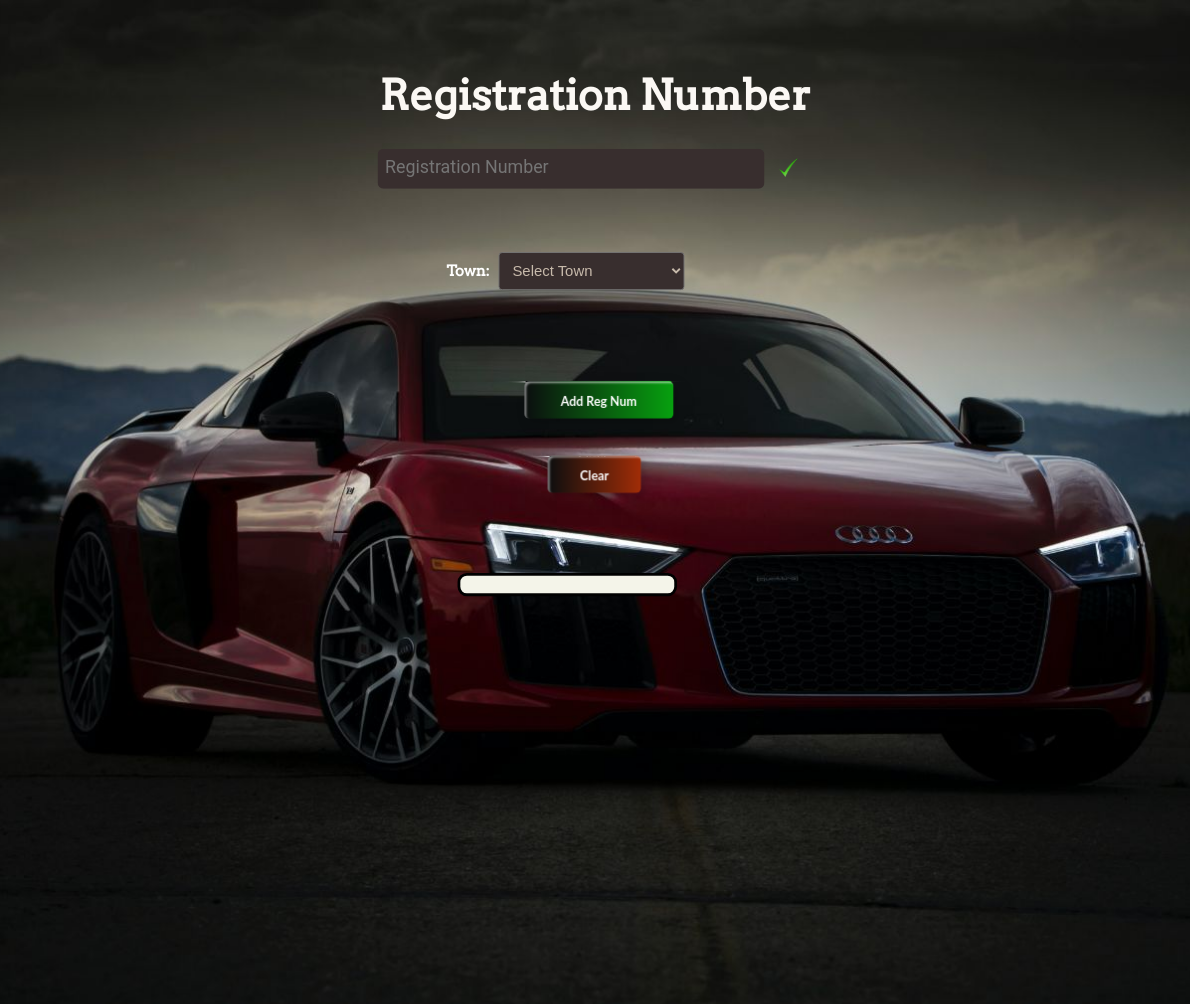
Repository: lasity34/Registration_number
Page: index.html
An editor plug-in stored every save of this project. The page is shown before and after the next save, followed by the edit.
The browser window is 1280 px wide. The pictures show the whole page, at 93% of full size.
Empty fields were first filled with sample values (such as "Sample", 5 or name@example.com).
After loading, the first visible `button.custom-btn` was clicked once.

Above is the page before, as saved 2023-04-24 16:40:41.

After the next save:
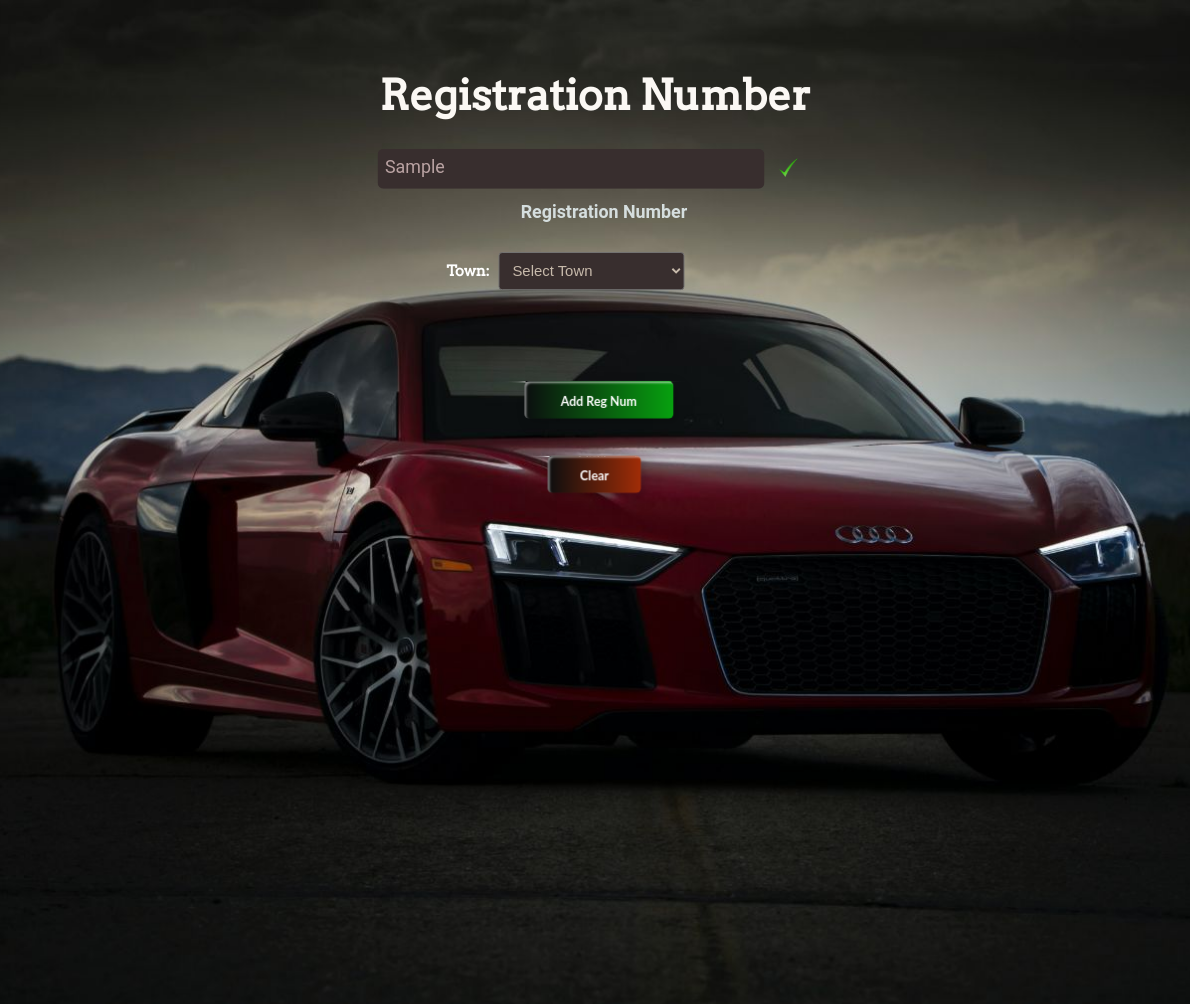
Console error (its wording comes from the project's code and is left out).
Saved 4 min 25 s later.
--- a/registration.js
+++ b/registration.js
@@ -30,7 +30,7 @@
   console.log(reg)
   if (reg) {
     regInstance.callRegNum();
-    const newRegArr = regInstance.getObj();
+    const newRegArr = regInstance.getLocationObj ? regInstance.getLocationObj : regInstance.getObj()
     regArr.push(...newRegArr)
     const storedRegArr = [...regArr]
     localStorage.setItem("regNum", JSON.stringify(storedRegArr));

After the save that followed:
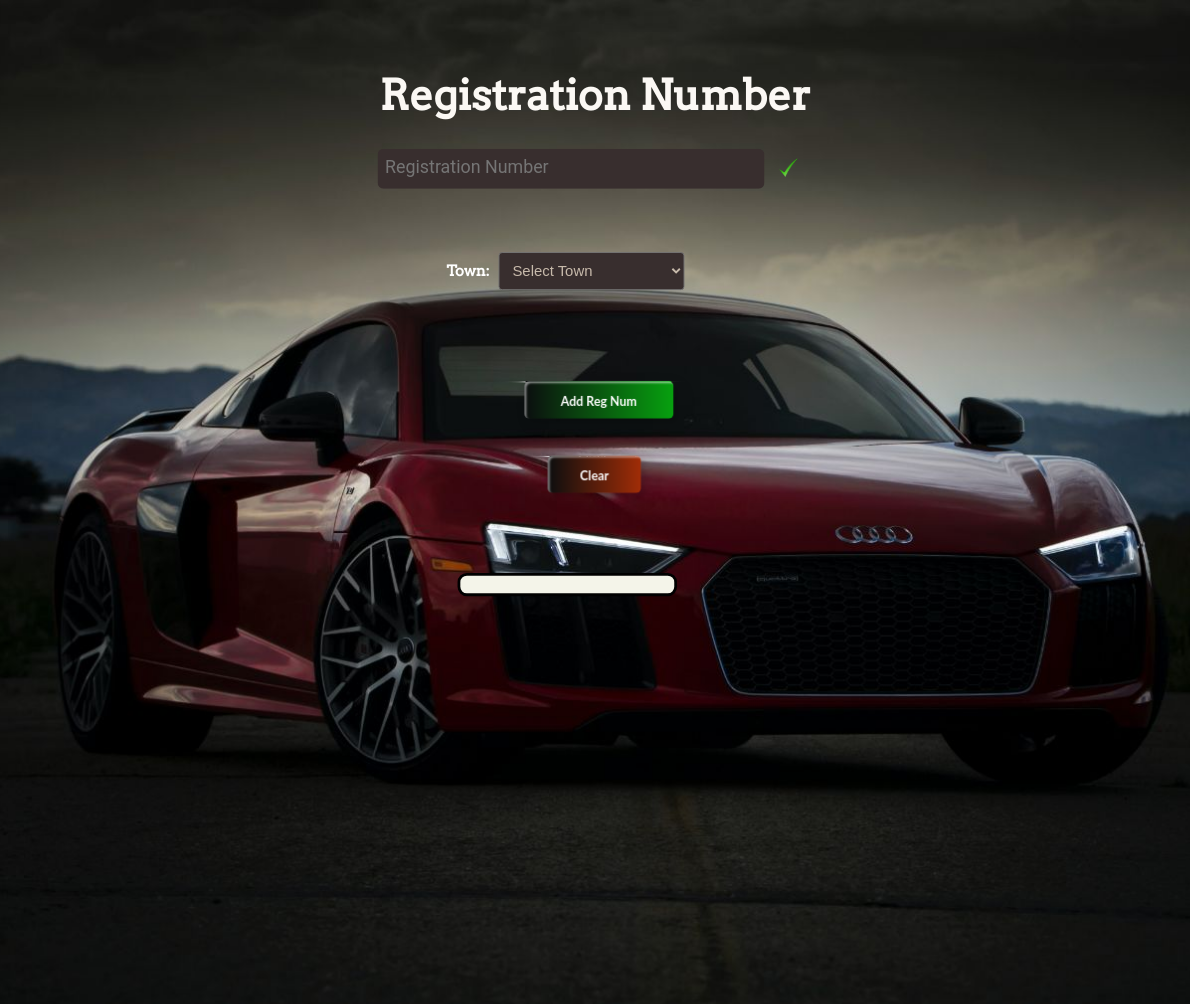
The error is gone.
Saved 113 s later.
--- a/registration.js
+++ b/registration.js
@@ -30,7 +30,7 @@
   console.log(reg)
   if (reg) {
     regInstance.callRegNum();
-    const newRegArr = regInstance.getLocationObj ? regInstance.getLocationObj : regInstance.getObj()
+    const newRegArr =  regInstance.getObj()
     regArr.push(...newRegArr)
     const storedRegArr = [...regArr]
     localStorage.setItem("regNum", JSON.stringify(storedRegArr));
